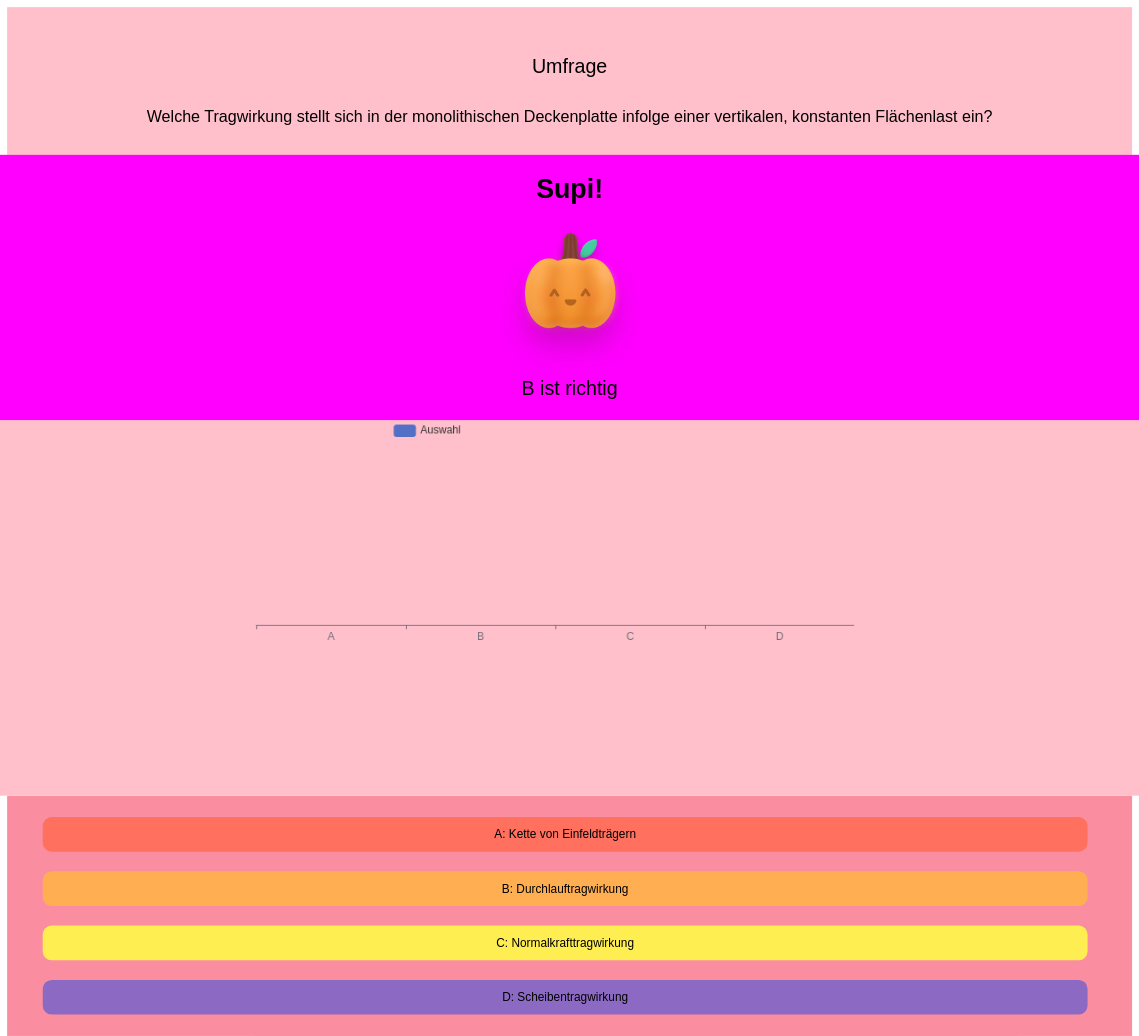
Repository: HyunraDate/Quinlan
Page: /Ergebnis1
An editor plug-in stored every save of this project. The page is shown before and after the next save, followed by the edit.
The browser window is 1280 px wide. The pictures show the whole page, at 89% of full size.
The page's requests for data from a server got no answer. The project was rebuilt for these pictures with package versions that can differ from the ones it lists, and the page was loaded fresh each time. No one was signed in, and anything a server would have sent is missing. Also part of the build but not shown: vite.config.js, src/views/Ergebnis2.vue, src/views/Erklaerung.vue.

Above is the page before, as saved 2023-07-26 14:15:06.

### index.html
<!DOCTYPE html>
<html lang="en">
  <head>
    <meta charset="UTF-8" />
    <link rel="icon" type="image/svg+xml" href="/vite.svg" />
    <meta name="viewport" content="width=device-width, initial-scale=1.0" />
    <title>Pumpkin Elf</title>
  </head>
  <body>
    <div id="app"></div>
    <script type="module" src="src/main.js"></script>
    <script
    src="https://cdnjs.cloudflare.com/ajax/libs/echarts/5.4.1/echarts.min.js"
    integrity="sha512-OTbGFYPLe3jhy4bUwbB8nls0TFgz10kn0TLkmyA+l3FyivDs31zsXCjOis7YGDtE2Jsy0+fzW+3/OVoPVujPmQ=="
    crossorigin="anonymous"
    referrerpolicy="no-referrer">
    </script>

  </body>
</html>

### src/main.js
import { createApp } from 'vue'
// import './style.css'
import './utils/rem'
import App from './views/FragePage.vue'
import router from './router'
import * as echarts from 'echarts/core'

const app=createApp(App)//用const = 去挂载
app.use(router) //要先use哦
app.provide("ec", echarts);

// app.config.globalProperties.$axios = axios.create({
//     baseURL: 'http://localhost:8000', // 设置axios的基本URL
//     headers: {
//     // 设置axios请求的头部信息
//     }
// });

//createApp(app).mount('#app')
app.mount('#app')

### src/utils/rem.js
//rem等比适配配置文件
// 基准大小
const baseSize = 16
// 设置 rem 函数
function setRem () {
        // 当前页面宽度相对于 1920宽的缩放比例，可根据自己需要修改。
    const scale = document.documentElement.clientWidth / 1920
    // 设置页面根节点字体大小（“Math.min(scale, 2)” 指最高放大比例为2，可根据实际业务需求调整）
    document.documentElement.style.fontSize = baseSize * Math.min(scale, 2) + 'px'
    // 初始化
    setRem()
    // 改变窗口大小时重新设置
    rem.window.onresize = function () { setRem() }
}

### src/views/FragePage.vue
<!-- <template>
    <div>
    <div class="flex-col page">
        <div class="flex-col items-center">
          span class="font_1">Umfrage</span>
      <br/>

      <body onload="run()">
        wird in <span id="spanId" style="color:#FE9637">60</span>Sekunden springen!
      </body>
    </div>
</template> -->
<script>
// import { useStore } from '@store/index'
// //先引入useRouter
// import { useRouter } from 'vue-router'

// export default {
//   const store = useStore()
//   const router = useRouter()
//   //通过定义一个方法，使用Router进行跳转
//   const test =()=>
//   router.push()
// }

// import { useRouter , useRoute } from 'vue-router'

// setup(){
//     const $router=useRouter()
//     const $route=useRoute()

//     // 对象 $router.push()可以向history对象添加新记录
//     $router.push({ path: 'Ergebnis1' })
// }


// return {
//   store,
//   //这里暴露test方法
//   test
// }
// 页面一加载完成，该方法就会执行
// 读秒，一秒钟数字改变一次

// export default { 唔可以系setup度用
//   methods: {
//     scrollTo(target) {
//       const element = this.$refs[target];
//       element.scrollIntoView({ behavior: 'smooth' });
//     }
//   }
// }

var x = 60;
var select = "Step3.html";

function run(){
  // 获取到的是span标签的对象
  var span = document.getElementById("spanId");
  // 获取span标签中间的文本
  span.innerHTML = x;
  x--;
  // 再让run方法执行呢，一秒钟执行一次
  if(x < 0)window.location = select;
  else window.setTimeout("run()", 1000);

};

function test(click){
  select = click;
}

export default {
  data() {
    return {
      isDisabled: false,
      showButton: true,
    };
  },
  //Falls du die Btns nicht zeigen möchtest
  // beforeRouteEnter(to, from, next) {
  //   next(vm => {
  //     vm.showButton = false
  //   })
  // },
  // mounted() {
  //   // 在页面加载时显示按钮
  //   this.showButton = true;
  // },
  // beforeDestroy() {
  //   // 在页面销毁之前隐藏按钮
  //   this.showButton = false;
  // },

  methods:{
    option1:function(){
      console.log(this.$router);
      // this.$router.plus('/') 这里跳转不了欸
      //this.$router.push({path:"/"}) //传入对象 但也跳转不了欸 push!唔系plus啊死蠢！
      //this.showButton = false;

      //带参数
      this.$router.push({path:'/Ergebnis1'}) //成功跳转了！！okok!!
      //this.$router.push({name:"almond",params:{id:Chocolat}}) //传参 这里传不到欸 // 试一下传right
      },

      option2:function(){
        console.log(this.$router);
        //this.showButton = false; //hier zeigt die Button nicht mehr, wie du möchtest

        //带参数
        this.$router.push({path:'/Ergebnis2'}) //成功跳转了！！okok!!
        //如果要动态传参

        //this.$router.push({name:"Ergebnis2",params:{id:A}}) //传参 这里传不到欸 // 试一下传worong
      },

      onClick() {
        // 在点击事件监听器中禁用按钮
        this.isDisabled = true;
        // 在每个按钮上使用 v-bind:disabled 指令，将其值绑定为 isDisabled，
        //当 isDisabled 为 true 时，按钮将被禁用。
        console.log("Button clicked")
      },
  },


}
</script>

<template>
<body >
<div>
  <!-- <div class="flex-col page"> </div>  太占位啦！-->
    <div class="flex flex-col items-center">
    <br/><br/><br/>
    <span class="font_1">Umfrage</span>
    <!--style="{
      margin: 0;
      font-size: 1.38rem;
      font-family: Inter;
      line-height: 1.63rem;
      color: #000000;
      font-family: 'Work Sans', sans-serif;
      text-align: center;
      }"-->
    <!-- <br/><br/> -->
    <span class="text">
    Welche Tragwirkung stellt sich in der monolithischen Deckenplatte infolge einer vertikalen, konstanten
    Flächenlast ein?
    </span>
  <router-view/>

<!-- onload="run()" 这里加载不了 这个onload function欸-->
<!-- wird in <span id="spanId" style="color:#FE9637">60</span>Sekunden springen! -->
</div>



<!-- 要页面跳转了
1、 router-link: <router-link to='/testDemo'>
                <button>点击跳转2</button>
                </router-link>

2、 this.$router.push('/a')
3、 get params ->  console.log(this.$route.params.a); -->
<div class="flex-col group space-y-22">

  <!-- <router-link to="Ergebnis2"><button class="flex-col justify-start items-center text-wrapper " type="submit">A: Kette von Einfeldträgern</button></router-link> -->
  <!-- <button class="flex-col justify-start items-center text-wrapper " type="submit" a href="Step3.html">A: Kette von Einfeldträgern</button> -->


  <!-- <router-link to="Ergebnis1"><button class="flex-col justify-start items-center text-wrapper_2 " type="submit">B: Durchlauftragwirkung</button></router-link> -->

  <!-- <router-link to="Ergebnis2"><button class="flex-col justify-start items-center text-wrapper_3" type="button">C: Normalkrafttragwirkung</button>
  </router-link> -->
<button v-on:click="onClick" :disabled="isDisabled" v-if="showButton" id ="A" class="flex-col justify-start items-center text-wrapper " type="submit" @click="option2">A: Kette von Einfeldträgern</button>

<button v-on:click="onClick" :disabled="isDisabled" v-if="showButton" id ="B" class="flex-col justify-start items-center text-wrapper_2" type="button" @click="option1">B: Durchlauftragwirkung</button>

<button v-on:click="onClick" :disabled="isDisabled" v-if="showButton" id ="C" class="flex-col justify-start items-center text-wrapper_3" type="button" @click="option2">C: Normalkrafttragwirkung</button>

<button v-on:click="onClick" :disabled="isDisabled" v-if="showButton" id ="D" class="flex-col justify-start items-center text-wrapper_4" type="button" @click="option2">D: Scheibentragwirkung</button>
</div>
</div>

</body>
</template>

<style scoped>
@import url("../css/halloween.css"); /*src = . */
/* .font_1{ /* didnt work
  position: center;
  } */

/*
使用深度选择器来写使样式生效。
有两种写法：

.a >>> .b {}
.a /deep/ .b
当你子组件使用了 scoped 但在父组件又想修改子组件的样式可以 通过 >>> 来实现：

<style scoped>
.a >>> .b { /* ...


将会编译成
.a[data-v-f3f3eg9] .b {
  /* ... */

</style>

### src/router/index.js
import {
    createRouter,
    createWebHashHistory,
    createWebHistory
  } from 'vue-router'

  // 1. 定义路由组件.
  // 也可以从其他文件导入

  // import Home from '../views/Home.vue'
  // import App from './App.vue' 原App好像不需要引入？
  import FragePage from '../views/FragePage.vue'
  import Ergebnis1 from '../views/Ergebnis1.vue' //1=true
  import Ergebnis2 from '../views/Ergebnis2.vue' //2=falsh
  import Erklaerung  from '../views/Erklaerung.vue'

  //import Step3 from '../views/Step3.html'


  //路由懒加载，用到时再加载（咪时好大，load又耐）
  // const About=()=>import('../views/About.vue') //然后Home放在下面path component后面就行啦
  //我加载不到惹

  // 2. 定义一些路由
  // 每个路由都需要映射到一个组件。
  // 我们后面再讨论嵌套路由。(hier写路由表)
  const routes = [

    /*{
      path:"/.id",
      redirect:(to)=>{
        console.log(to);
        return{path:"/.home"}
      } //都跳转不了欸 No match found for location with path "/home"
    },
    */

    /*{
      path: '/about',
      redirect: (to)=> {
        return {
          path: '/'
        }
      }
    },*/

    // { //这个Home的Hey已经能加载出来了欸
    //   path: '/',
    //   name:"home",
    //   component: Home
    // },

    {
        path: '/FragePage',
        component: FragePage
    },



  //   { path: '/about',
  //   component: About },

  //   { path: '/OptionA/:id', //路径参数 用冒号 : 表示。当一个路由被匹配时，它的 params 的值将在每个组件中以 this.$route.params 的形式暴露出来。
  //   component: OptionA },

    {
      path: "/Ergebnis1", //Ergebnis也成功挂载到了！
      component: Ergebnis1
    },
    {
      path: "/Ergebnis2", //Ergebnis也成功挂载到了！
      component: Ergebnis2
    },


    //Set动态路由 因为选项ABCD

    //     path: "/Sweet/:id*", //this is 动态参数啦 d.h 动态路由啦， i dont care what id u r ~
    //     //参数可有可无，但参数不能重复叠加
    //     //path:"/sweet/id?",
    //     component: Sweet
    //   },
    // {
    //   path: "/Step3", //这里要双引号哦
    //   component: Step3
    // },

    {
      path: "/Erklaerung", //这里要双引号哦
      component: Erklaerung
    },

    //   {
    //     path: "/Piggie",
    //     alias: ['/Airi','/Kazeo'], //你嘅nickname, two or more就用数组, 直接系导航栏输入path就得啦
    //     component: Piggie //为什么Piggie的子页面跳转不出来？而是home ->重新打Piggie的内容刷新就得啦！
    //   },

    //   {
    //     name: "almond", //路由名就叫sweet
    //     path: "/Sweet/:id*", //this is 动态参数啦 d.h 动态路由啦， i dont care what id u r ~
    //     //参数可有可无，但参数不能重复叠加
    //     //path:"/sweet/id?",
    //     component: Sweet
    //   },

    //   {
    //     //动态路由 参数一定是数字
    //     path: "/alcohol/:id",
    //     component: Alcohol,
    //     props:true
    //   },
  ]

  // 3. 创建路由实例并传递 `routes` 配置
  // 你可以在这里输入更多的配置，但我们在这里
  // 暂时保持简单
  const router = createRouter({
    // 4. 内部提供了 history 模式的实现。为了简单起见，我们在这里使用 hash 模式。 (Hash有#)
    //**hash不会向服务器发送请求！ */
    //history: createWebHashHistory(),

    //为了漂亮就用History模式，这样路径里就没有#号啦
    history: createWebHistory(),
    routes, // `routes: routes` 的缩写
  })

  //This is 全局守卫 （全球守卫）
  router.beforeEach((to, form, next) => {
    console.log(to);
    console.log(form);
    next()//like通行证
  })


  export default router

### src/css/halloween.css
/* 语法 @media mediaType and|not|only (media feature) {
  /*CSS-Code;*/
  /* 3、css中的vh和vm
  vh和vm是相对视口区域的宽高，即浏览器可视区域

  vw：1vw等于视口宽度的1%。
  vh：1vh等于视口高度的1%。

  使用场景：页面头部和尾部固定，中间内容若高度超出，则出现滚动条，但是整个页面不出现滚动条，
  在此情况下就要计算中间内容的高度，可以使用vh解决 */

  /* :root { why didnt work??
  font-family: 'Work Sans', sans-serif;
  line-height: 1.5;
  font-weight: 400;

  color-scheme: light dark;
  color: rgba(255, 255, 255, 0.87);
  background-color: #242424;

  font-synthesis: none;
  text-rendering: optimizeLegibility;
  -webkit-font-smoothing: antialiased;
  -moz-osx-font-smoothing: grayscale;
  -webkit-text-size-adjust: 100%;
  } */

  /* // 最大宽度为1280 （width-max: 1280）*/
@media (width: 100vw) {
  html {
    font-size: 1.88rem;
    font-weight: 500;
    font-family: 'Work Sans', sans-serif;
  }

  body {
    background: pink;
    height:100vh;
    margin: 0;
    -webkit-font-smoothing: antialiased;
    -moz-osx-font-smoothing: grayscale;

  }

  body * {
    box-sizing: border-box;
    flex-shrink: 0;
  }

  button {
    border-width: 0px;
    border-radius: 0.63rem;
  }
  button:hover{
    border:2px solid #FE9637;
    box-shadow:rgba(251, 161, 72, 0.66) 0 0 5px;
    transition:all .2s;
  }
  .flex-row {
    display: flex;
    flex-direction: row;
  }

  .flex-col {
    display: flex;
    flex-direction: column;
  }

  .justify-start {
    justify-content: flex-start;
  }

  .justify-end {
    justify-content: flex-end;
  }

  .justify-center {
    justify-content: center;
  }

  .justify-between {
    justify-content: space-between;
  }

  .justify-around {
    justify-content: space-around;
  }

  .justify-evenly {
    justify-content: space-evenly;
  }

  .items-start {
    align-items: flex-start;
  }

  .items-end {
    align-items: flex-end;
  }

  .items-center {
    align-items: center;
  }

  .items-baseline {
    align-items: baseline;
  }

  .items-stretch {
    align-items: stretch;
  }

  .self-start {
    align-self: flex-start;
  }

  .self-end {
    align-self: flex-end;
  }

  .self-center {
    align-self: center;
  }

  .self-baseline {
    align-self: baseline;
  }

  .self-stretch {
    align-self: stretch;
  }

  .flex-1 {
    flex: 1 1 0%;
  }

  .flex-auto {
    flex: 1 1 auto;
  }

  .grow {
    flex-grow: 1;
  }

  .grow-0 {
    flex-grow: 0;
  }

  .shrink {
    flex-shrink: 1;
  }

  .shrink-0 {
    flex-shrink: 0;
  }

  .relative {
    position: relative;
  }

  .font_1 {
    font-size: 1.38rem;
    font-family: Inter;
    line-height: 1.63rem;
    color: #000000;
    font-family: 'Work Sans', sans-serif;
    text-align: center;
  }

  .text {
    margin: 2rem;
    color: #000000;
    font-size: 1.13rem;
    font-family: Inter;
    line-height: 1.38rem;
    text-align: center;
    font-family: 'Work Sans', sans-serif;
  }
  /* .group {
    margin-top: 2rem;
    padding: 0 1.88rem;
  } */
  /* .space-y-22 > *:not(:first-child) {
    margin-top: 1.38rem;
  } */
  .text-wrapper {
    margin-right: 0.63rem;
    padding: 0.75rem 0;
    background-color: #FF715E;
  }
  .font_2 {
    font-size: 1rem;
    font-family: Inter;
    line-height: 0.97rem;
    color: #000000;
    font-family: 'Work Sans', sans-serif;
  }
  .text-wrapper_2 {
    margin-right: 0.63rem;
    padding: 0.75rem 0;
    background-color: #ffaf51;
    outline: none;
  }
  .text-wrapper_3 {
    margin-right: 0.63rem;
    padding: 0.75rem 0;
    background-color: #FFEE51;
  }
  .text-wrapper_4 {
    margin-right: 0.63rem;
    padding: 0.75rem 0;
    background-color: #8C6AC4;
  }
}
.group {
  padding-top: 1.5rem ;
  padding-bottom: 1.5rem ;
  padding-left: 2.5rem;
  padding-right: 2.5rem;
  background-color: #FB8DA0;
}

/* inportant! space between every Options! */
.space-y-22 > *:not(:first-child) {
  margin-top: 1.38rem;
}

### src/views/Ergebnis1.vue
<template>
  <html lang="en">
    <!-- <head>
    <meta charset="UTF-8" />
    <meta http-equiv="X-UA-Compatible" content="IE=edge" />
    <meta name="viewport" content="width=device-width, initial-scale=1.0" />
    <title>codefun</title>
    <link rel="stylesheet" href="./Step3.Ai.css" /> -->

    <!-- 需要需要！ 就算——我在main.js已经import了echarts了
    <script src="node_modules/echarts/dist/echarts.min.js"></script>
    <script src="https://cdnjs.cloudflare.com/ajax/libs/echarts/5.4.1/echarts.min.js"
    integrity="sha512-OTbGFYPLe3jhy4bUwbB8nls0TFgz10kn0TLkmyA+l3FyivDs31zsXCjOis7YGDtE2Jsy0+fzW+3/OVoPVujPmQ=="
    crossorigin="anonymous"
    referrerpolicy="no-referrer"></script>

  </head>-->
    <body>
      <div class="flex-col items-center page">
        <span class="text">Supi!</span>
        <img src="../images/right.png" img class="image" @click="goPage" />
        <span class="text_2">B ist richtig</span>
      </div>

      <!--为Chart准备定义了宽高的DOM-->
      <!-- <div class="echartsBox" ref="echartsBox"> 初始化Echarts 峰华老师的方法 使用props传参 -->
      <div
        id="myEcharts"
        ref="echartsBox"
        :style="// muss hier id & ref gleich?
        {
          width: '75%',
          height: '300px',
          // margin: auto,
          // display: flex,
          // justify-content: center,
          // align-items: center
        }">
      </div>
    </body>
  </html>

  <!-- <div> -->
  <!-- <a href="../views/Erklaerung.vue" target="_blank"> -->
  <!-- <img src="../images/right.png" class="richtig" alt="Vite logo" @click="goPage"/> -->
  <!-- </a> -- Vue不用a标签的>
    <a href="https://vuejs.org/" target="_blank">
      <img src="../assets/vue.svg" class="logo vue" alt="Vue logo" />
    </a> -->
  <!-- </div> -->
  <!-- <HelloWorld msg="Vite + Vue" /> -->
</template>

<script>
import * as echarts from "echarts";
import { reactive, ref, onMounted, onUnmounted, nextTick } from "vue";
import axios from "axios";

export default {
  methods: {
    goPage: function () {
      console.log(this.$router);
      // this.$router.plus('/') 这里跳转不了欸
      //this.$router.push({path:"/"}) //传入对象 但也跳转不了欸 push!唔系plus啊死蠢！

      //带参数
      this.$router.push({ path: "/Erklaerung" }); //成功跳转了！！okok!!
      //this.$router.push({name:"almond",params:{id:Chocolat}}) //传参 这里传不到欸
    },
  },

  setup() {
    let chart;

    var state = reactive({
      data: [], //这里定义了data的类型是array
      dataType: "json", //返回数据形式为json but didnt work?
      option: {
        // title: {
        //   text: "Umfrage",
        //   color: "#FE9637",
        // },
        tooltip: {},
        legend: {
          //data: ["Auswahl"],
          //series里面有name值， legend里面的data可以删掉
        },
        grid: {
          left: "30%",
          top: "10%",
          right: "auto", //ok了！？
          // left: left,
          // top: top,
          // right: 'auto',
          // bottom: 'auto',
          containLebel: true, //显示刻度，不显示就false
        },

        style: {
          width: "75%",
          height: "100%",
          margin: 0,
          //到底写在哪里啊style@media
        },

        xAxis: {
          type: "category",
          data: ["A", "B", "C", "D"],
        },
        yAxis: {
          type: "value",
          //data: state.values, 这里不显示的 要在下面series显示
        },
        series: [
          {
            name: "Auswahl",
            type: "bar",
            data: [],
            //If 传的是Proxy对象，proxy代理了Child对象，所以我们访问的是proxy代理对象的自身属性，因此不需要.value
            //ref的值在 JS/TS 中读取和修改时，需要使用 .value获取，在模版中读取是，不需要使用 .value
            itemStyle: {
              //通常情况下：
              normal: {
                //每个柱子的颜色即为colorList数组里的每一项，如果柱子数目多于colorList的长度，则柱子颜色循环使用该数组
                color: function (params) {
                  var colorList = [
                    "#ff715e",
                    "#ffaf51",
                    "#ffee51",
                    "#8c6ac4",
                    "#715c87",
                  ];
                  return colorList[params.dataIndex];
                },
              },
              //鼠标悬停时：
              emphasis: {
                shadowBlur: 10,
                shadowOffsetX: 0,
                shadowColor: "rgba(251, 161, 72, 0.66)",
              },
            },
          },
        ],
      },
    });

    /// 声明定义一下echart
    let echart = echarts;

    onMounted(() => {
      initChart(); //initChart报错惹
      axios
        .get("http://localhost:8000/question1")
        .then((res) => {
          // state.data = res.data;
          state.option.series[0].data = res.data;
          nextTick(() => {
            chart.setOption(state.option);
          });
        })
        .catch((error) => {
          console.log(error); //没有报错表示成功了！
        });
    });

    onUnmounted(() => {
      echart.dispose;
    });

    // 基础配置一下Echarts
    function initChart() {
      chart = echart.init(document.getElementById("myEcharts")); //initChart报错惹
      // 把配置和数据放这里
      chart.setOption(state.option);

      //Pink老师教的方法
      window.addEventListener("resize", function () {
        chart.resize();
      });
    }
    onUnmounted(() => {
      chart.dispose();
    });
    return { initChart, state };
  },
};
</script>

<style scoped>
@import url("../css/Step3b.css"); /*src = . */
</style>

### src/css/Step3b.css
@media (width: 100vw) {
  html {
    font-size: 16px;
  }

  body {
    background: pink;
    margin: 0;
    font-family: -apple-system, BlinkMacSystemFont, 'Segoe UI', 'Roboto', 'Oxygen', 'Ubuntu', 'Cantarell', 'Fira Sans',
        'Droid Sans', 'Helvetica Neue', 'Microsoft Yahei', sans-serif;
    -webkit-font-smoothing: antialiased;
    -moz-osx-font-smoothing: grayscale;
    width: 100vw;
    height: 100vh;
  }

  body * {
    box-sizing: border-box;
    flex-shrink: 0;
  }

/*
html {
    font-size: 16px;
  }
   */
  /* body {
    margin: 0;
    font-family: -apple-system, BlinkMacSystemFont, 'Segoe UI', 'Roboto', 'Oxygen', 'Ubuntu', 'Cantarell', 'Fira Sans',
      'Droid Sans', 'Helvetica Neue', 'Microsoft Yahei', sans-serif;
    -webkit-font-smoothing: antialiased;
    -moz-osx-font-smoothing: grayscale;
    width: 100vw;
    height: 100vh;
  } */

  body * {
    box-sizing: border-box;
    flex-shrink: 0;
  }

  .echarts-box {
    text-align:center;
  }

  /* canvas {
    text-align:center;
  } */

  .flex-row {
    display: flex;
    flex-direction: row;
  }

  .flex-col {
    display: flex;
    flex-direction: column;
  }

  .justify-start {
    justify-content: flex-start;
  }

  .justify-end {
    justify-content: flex-end;
  }

  .justify-center {
    justify-content: center;
  }

  .justify-between {
    justify-content: space-between;
  }

  .justify-around {
    justify-content: space-around;
  }

  .justify-evenly {
    justify-content: space-evenly;
  }

  .items-start {
    align-items: flex-start;
  }

  .items-end {
    align-items: flex-end;
  }

  .items-center {
    align-items: center;
  }

  .items-baseline {
    align-items: baseline;
  }

  .items-stretch {
    align-items: stretch;
  }

  .self-start {
    align-self: flex-start;
  }

  .self-end {
    align-self: flex-end;
  }

  .self-center {
    align-self: center;
  }

  .self-baseline {
    align-self: baseline;
  }

  .self-stretch {
    align-self: stretch;
  }

  .flex-1 {
    flex: 1 1 0%;
  }

  .flex-auto {
    flex: 1 1 auto;
  }

  .grow {
    flex-grow: 1;
  }

  .grow-0 {
    flex-grow: 0;
  }

  .shrink {
    flex-shrink: 1;
  }

  .shrink-0 {
    flex-shrink: 0;
  }

  .relative {
    position: relative;
  }

  .page {
    padding: 1.5rem ;
    /* 调整上下边距的值(hier 四边都是1.5rem) 原值：31.38rem */
    /* padding-top: 2rem; /* 调整上边距大小 */
    /* padding-bottom: 2rem; /* 调整下边距大小 */
    background-color: #ff00ff;
    /* width: 100%;
    overflow-y: auto;
    overflow-x: hidden;
    height: 100%; */
  }
  .text {
    color: #000000;
    font-size: 1.88rem;
    font-family: Inter;
    font-weight: 700;
    line-height: 1.81rem;
    font-family: 'Work Sans', sans-serif;
  }
  .image {
    margin-top: 1.63rem;
    width: 11.13rem;
    height: 10.81rem;
  }
  .text_2 {
    /* margin-top: 1rem; */
    color: #000000;
    font-size: 1.38rem;
    font-family: Inter;
    line-height: 1.34rem;
    font-family: 'Work Sans', sans-serif;
  }
}

After the next save:
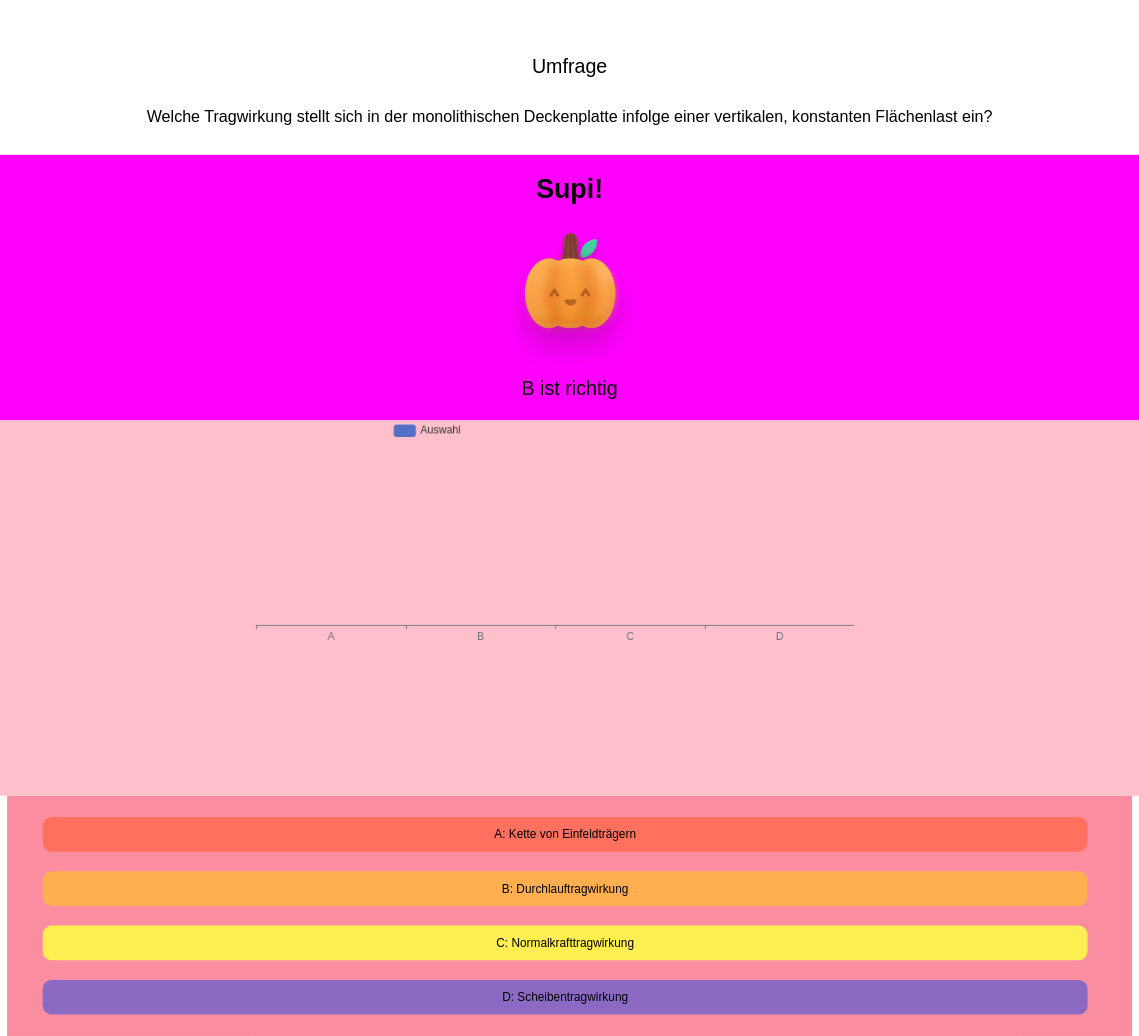
Saved 6 days later.
--- a/src/css/halloween.css
+++ b/src/css/halloween.css
@@ -34,7 +34,8 @@
   }
 
   body {
-    background: pink;
+    /* background: pink; */
+    background: #ffffff;
     height:100vh;
     margin: 0;
     -webkit-font-smoothing: antialiased;
